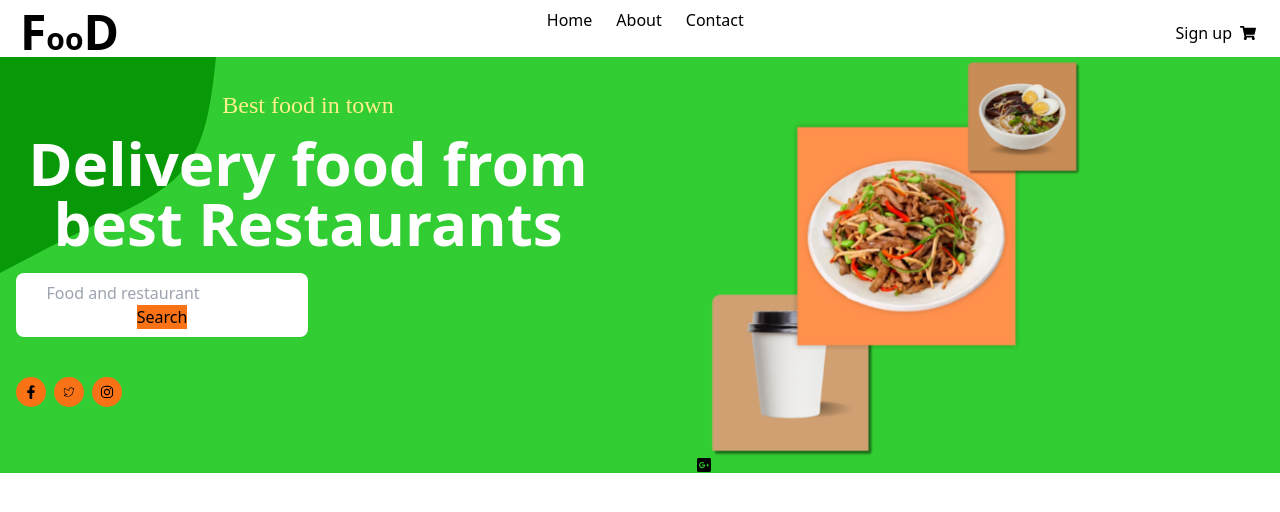
Repository: KhushiCode14/FoodWeb
Page: /
The author's editor kept a copy of each file at every save. The page is drawn from the files as they stood at one save, then again after the next save.
The browser window is 1280 px wide. The pictures show the whole page.
The project was rebuilt for these pictures with package versions that can differ from the ones it lists, and the page was loaded fresh each time. Also part of the build but not shown: src/components/Home/SignUp.tsx, src/components/Home/SignIn.tsx.

Above is the page before, as saved 2024-09-19 20:19:34.

After the next save:
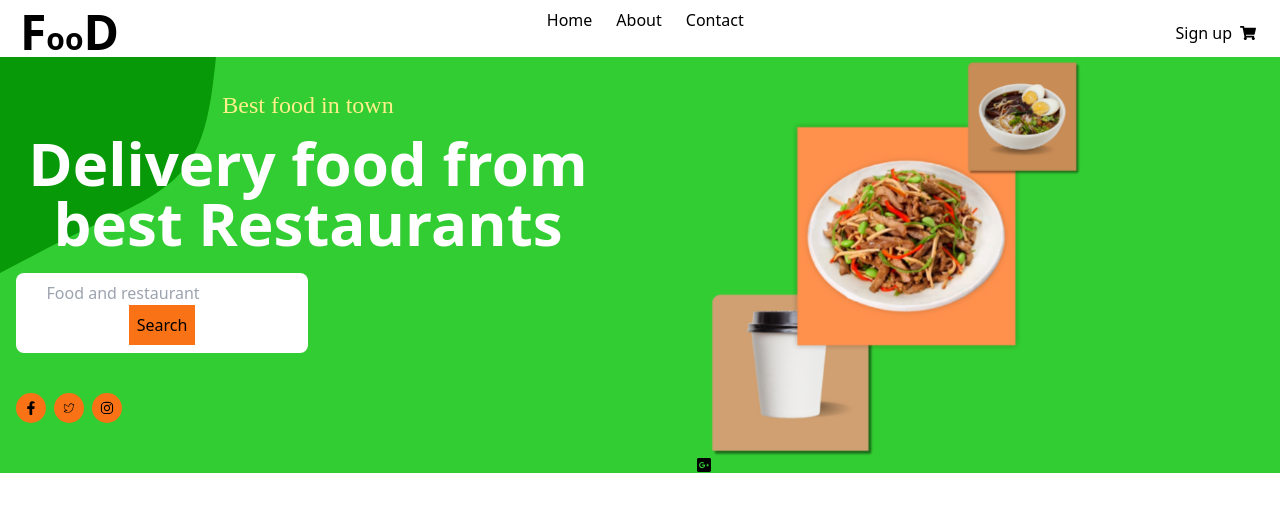
Saved 7 s later.
--- a/src/Pages/Home.tsx
+++ b/src/Pages/Home.tsx
@@ -14,7 +14,7 @@ const Home: React.FC = () => {
         <div className="justify-between">
          <div className="mb-10 rounded-lg bg-white w-1/2 p-2">
          <input type="text" placeholder="Food and restaurant "></input>
-         <button className="bg-orange-500" >Search</button>
+         <button className="bg-orange-500 p-2" >Search</button>
          </div>
           <div className="flex gap-2  ">
             <Link to="/about"><FaFacebookF  size={30}className="bg-orange-500  text-black rounded-full font-extrabold  p-2"/>
